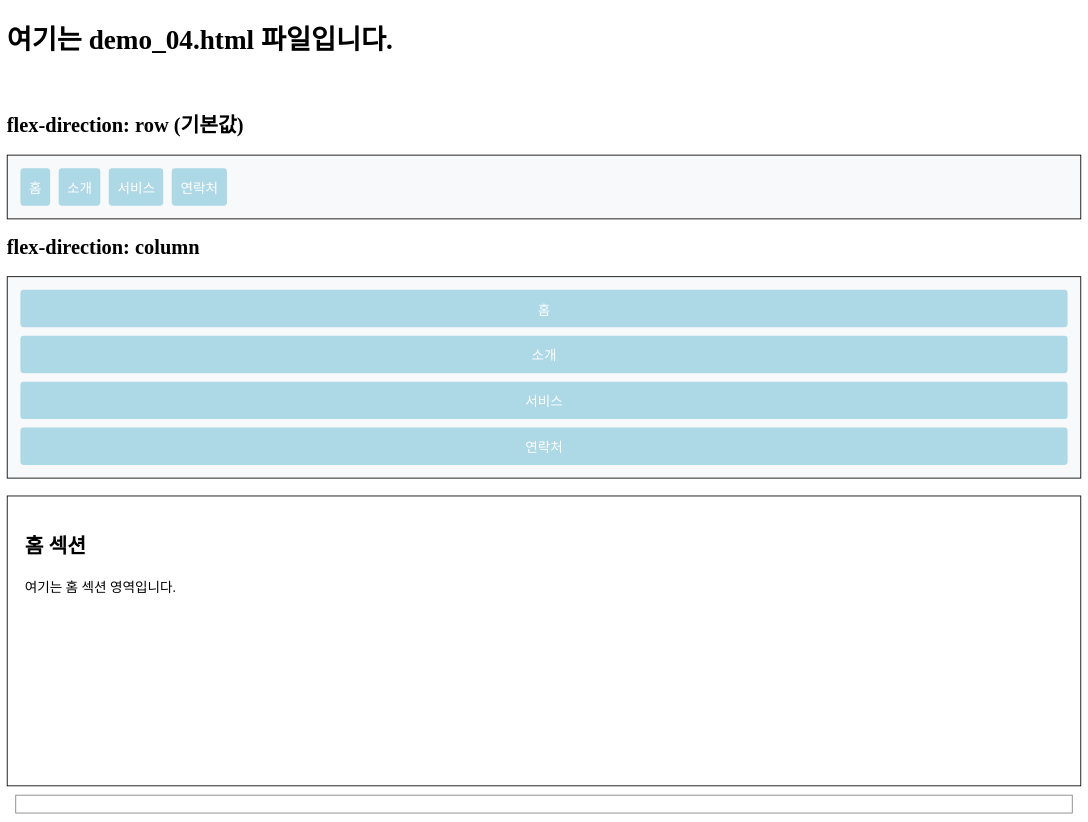
Repository: kimmingyeong225/totalJSP
Page: class_flexbox_011/src/main/webapp/demo_04.html
The author's editor kept a copy of each file at every save. The page is drawn from the files as they stood at one save, then again after the next save.
The browser window is 1280 px wide. The pictures show the whole page, at 85% of full size.

Above is the page before, as saved 2024-07-01 01:30:21.

After the next save:
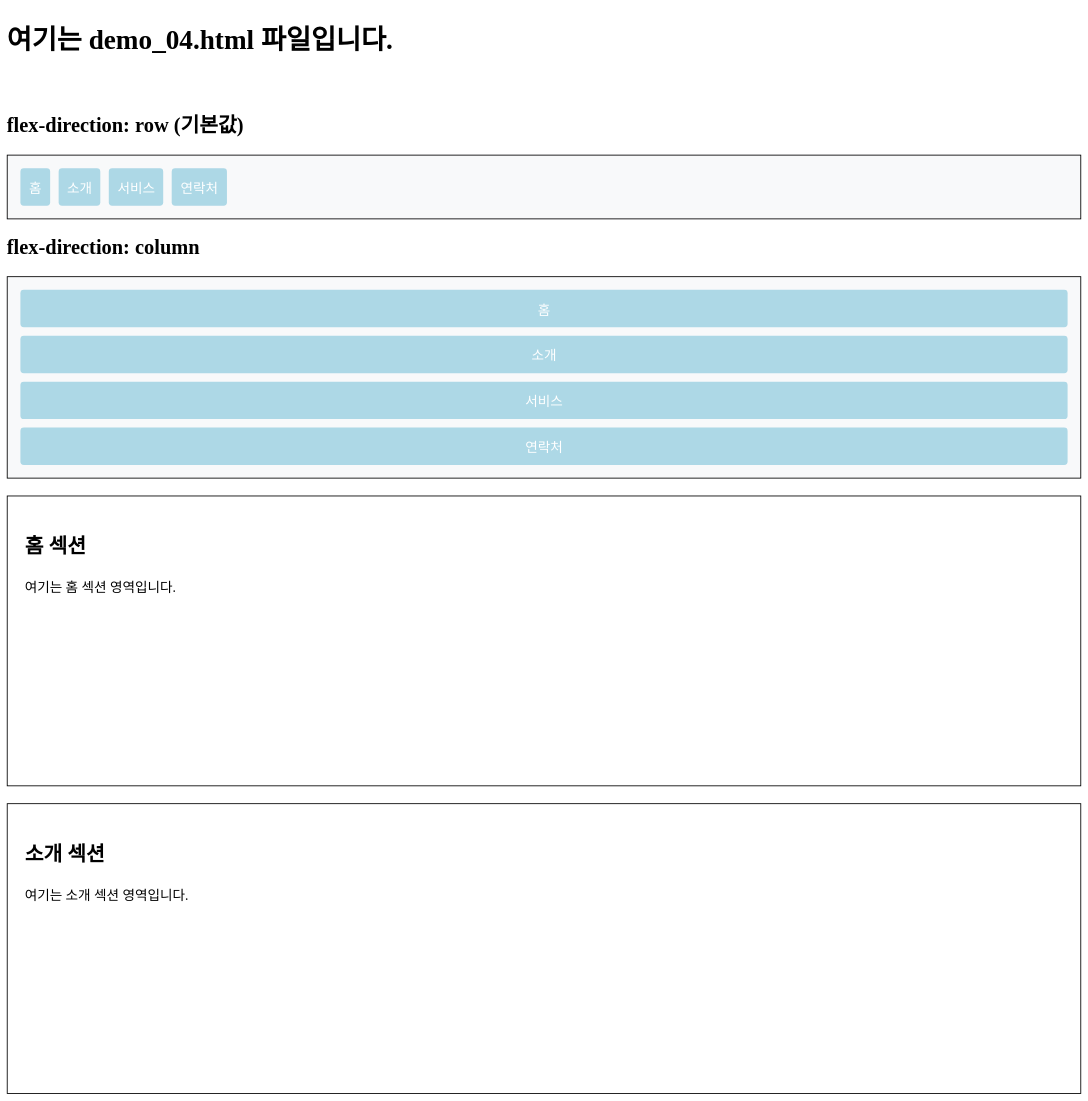
Saved 60 s later.
--- a/class_flexbox_011/src/main/webapp/demo_04.html
+++ b/class_flexbox_011/src/main/webapp/demo_04.html
@@ -78,8 +78,12 @@
     	<p>여기는 홈 섹션 영역입니다. </p>
     </div>
 
-    <div class="content1">
+     <div class="section">
+    	<h2>소개 섹션</h2>
+    	<p>여기는 소개 섹션 영역입니다. </p>
     </div>
+
+
 
 </body>
 </html>
